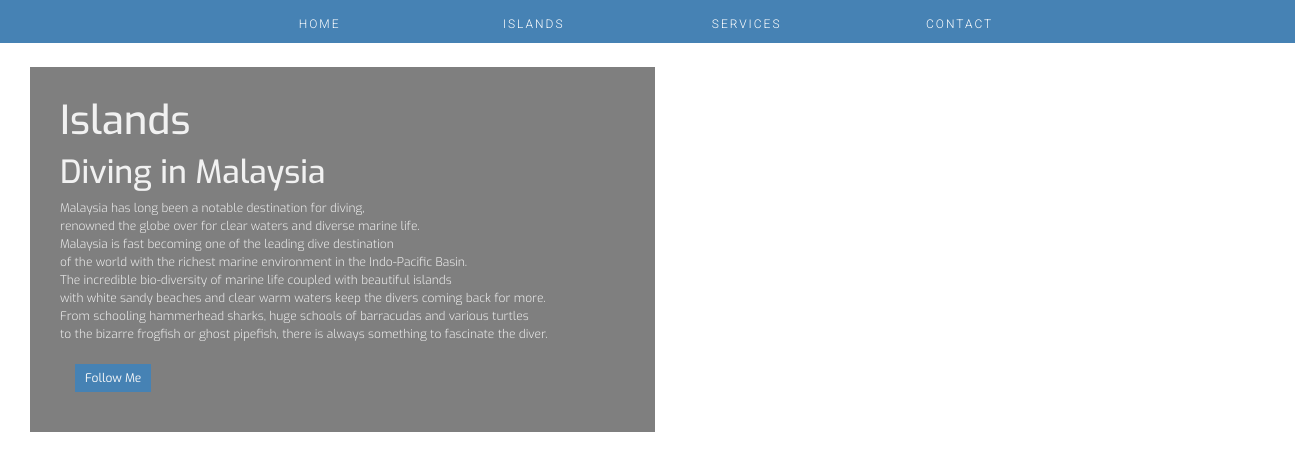
Repository: Code-Institute-Submissions/cathyann-diving.github.io
Page: islands.html
The author's editor kept a record of every edit. The page is drawn from the files as they stood at one moment, then again after the next edit.
The browser window is 1280 px wide. The page is 1295 px wide, so the pictures cover 1295 px, including what lies to the right of the window. The pictures show the whole page.

Above is the page before.

After the next edit:
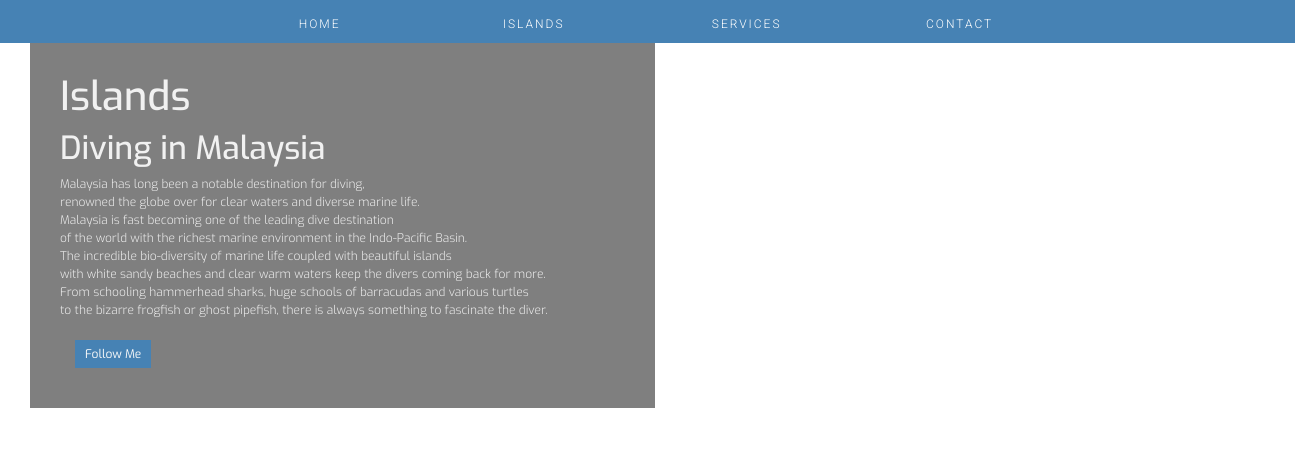
The edit:
--- a/islands.html
+++ b/islands.html
@@ -36,30 +36,19 @@
         </div>
     </div>
     <div class="col">
-        <div class="main container" id="Home">
-            <img src="#" alt="">
+        <div class="container bg-islands">
             <div class="content col-12 col-sm-6 col-lg-6">
-        <h1>Islands</h1>
-        <h2>Diving in Malaysia</h2>
-        <p>Malaysia has long been a notable destination for diving,<br>
-        renowned the globe over for clear waters and diverse marine life.<br>
-        Malaysia is fast becoming one of the leading dive destination<br>
-        of the world with the richest marine environment in the Indo-Pacific Basin.<br>
-        The incredible bio-diversity of marine life coupled with beautiful islands<br>
-        with white sandy beaches and clear warm waters keep the divers coming back for more.<br>
-        From schooling hammerhead sharks, huge schools of barracudas and various turtles<br>
-        to the bizarre frogfish or ghost pipefish, there is always something to fascinate the diver.<br>
-        </p>
-        <div class="container">
+                <h1>Islands</h1>
+                <h2>Diving in Malaysia</h2>
+                <p>Malaysia has long been a notable destination for diving,<br> renowned the globe over for clear waters and diverse marine life.<br> Malaysia is fast becoming one of the leading dive destination<br> of the world with the richest marine environment
+                    in the Indo-Pacific Basin.<br> The incredible bio-diversity of marine life coupled with beautiful islands<br> with white sandy beaches and clear warm waters keep the divers coming back for more.<br> From schooling hammerhead sharks,
+                    huge schools of barracudas and various turtles<br> to the bizarre frogfish or ghost pipefish, there is always something to fascinate the diver.<br>
+                </p>
+                <div class="container">
                     <button type="button" class="button">Follow Me</button>
                 </div>
+            </div>
         </div>
-    </div>
-
-
-
-
-
 </body>
 
 </html>
